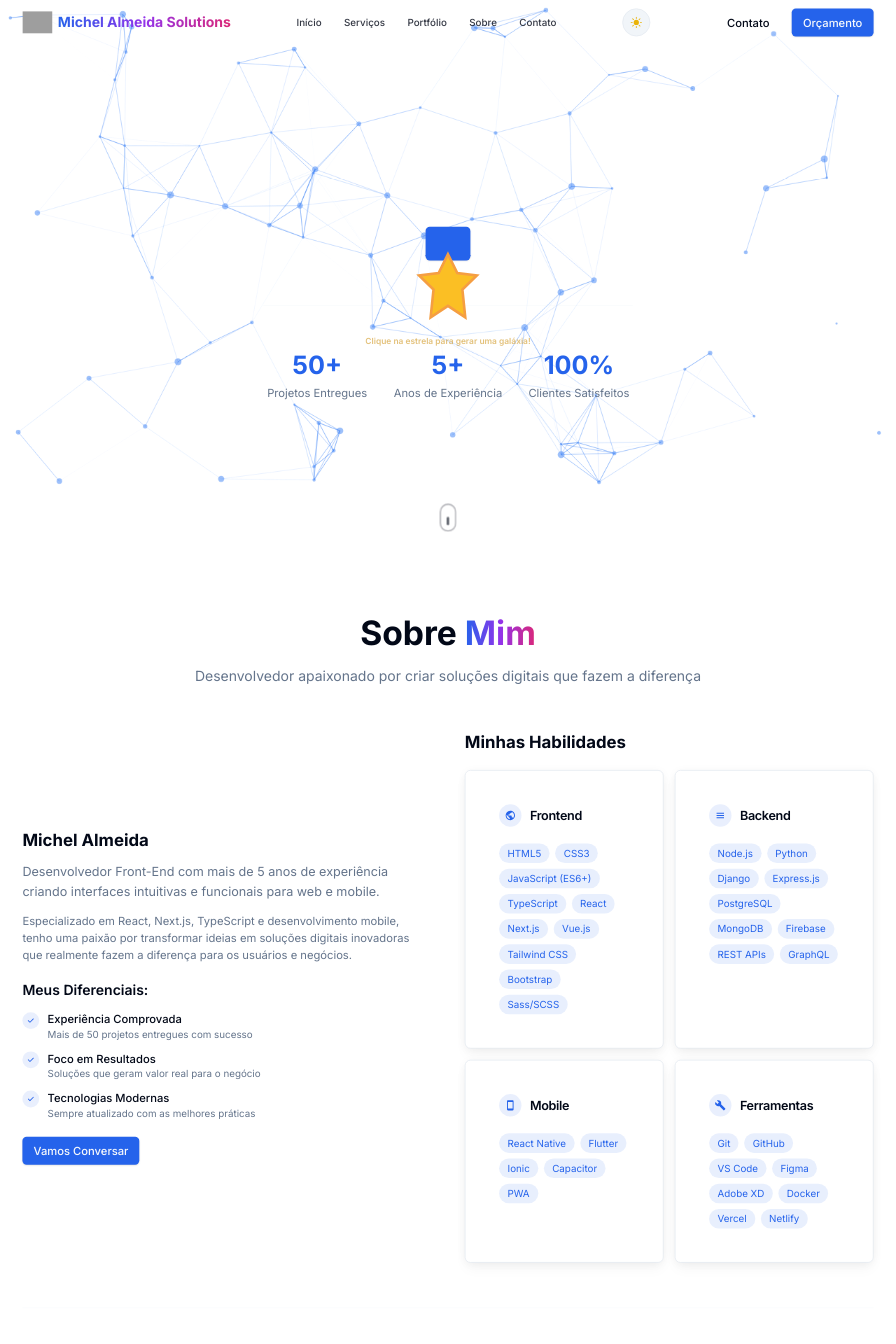
Repository: MichelAlmeida1990/Nexify-Solutions
Page: / (app in OneDrive/Área de Trabalho/Almeida - Solutions/)
The author's editor kept a copy of each file at every save. The page is drawn from the files as they stood at one save, then again after the next save.
The browser window is 1280 px wide. The pictures show the part of the page from y = 0 to 1920 px (the page is 7384 px tall), at 70% of full size.
Pictures or frames that could not be fetched are drawn as grey boxes. The project was rebuilt for these pictures with package versions that can differ from the ones it lists, and the page was loaded fresh each time. The framework's server and built-in components were replaced by stand-ins that run in the browser. Also part of the build but not shown: OneDrive/Área de Trabalho/Almeida - Solutions/next.config.js, OneDrive/Área de Trabalho/Almeida - Solutions/src/components/ui/loading-spinner.tsx.

Above is the page before, as saved 2025-06-30 14:27:44.

After the next save:
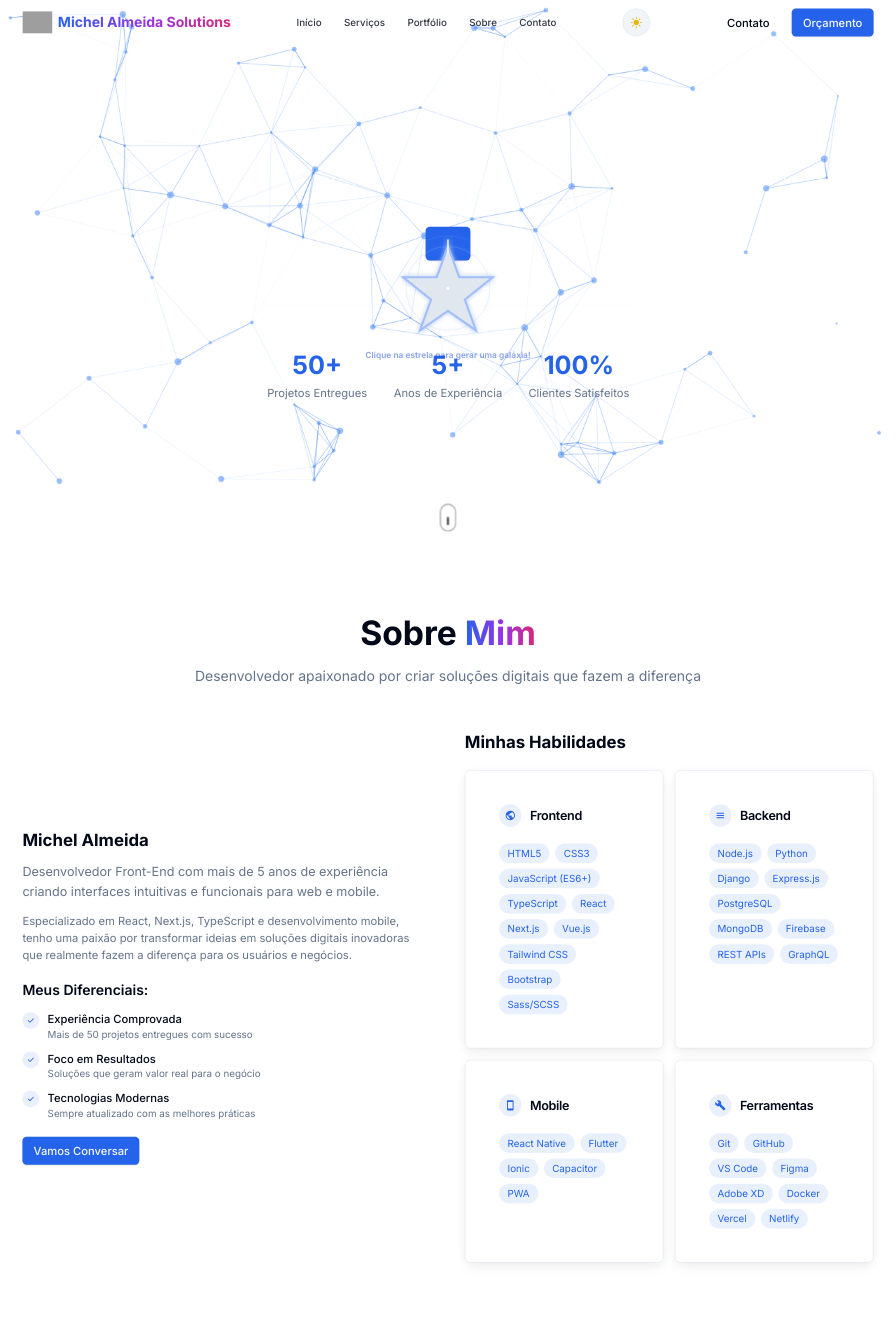
Saved 6 min 9 s later.
--- a/OneDrive/Área de Trabalho/Almeida - Solutions/src/components/sections/hero.tsx
+++ b/OneDrive/Área de Trabalho/Almeida - Solutions/src/components/sections/hero.tsx
@@ -132,12 +132,34 @@ const Hero: React.FC<HeroProps> = ({
       )}
 
       {/* Estrela central interativa */}
-      <div className="absolute left-1/2 top-1/2 z-20 -translate-x-1/2 -translate-y-1/2 flex flex-col items-center cursor-pointer" onClick={handleStarClick} aria-label="Gerar Galáxia">
-        {/* SVG de estrela */}
-        <svg width="120" height="120" viewBox="0 0 64 64" fill="none" xmlns="http://www.w3.org/2000/svg">
-          <path d="M32 6l7.09 14.36L54 22.18l-11 10.72L45.18 54 32 45.27 18.82 54 21 32.9 10 22.18l14.91-1.82L32 6z" fill="#fbbf24" stroke="#f59e42" strokeWidth="2"/>
+      <div className="absolute left-1/2 top-1/2 z-20 -translate-x-1/2 -translate-y-1/2 flex flex-col items-center cursor-pointer bg-transparent" onClick={handleStarClick} aria-label="Gerar Galáxia">
+        {/* SVG de estrela sofisticada */}
+        <svg width="160" height="160" viewBox="0 0 160 160" fill="none" xmlns="http://www.w3.org/2000/svg">
+          <g filter="url(#glow)">
+            <polygon points="80,20 96,64 144,64 104,96 120,140 80,112 40,140 56,96 16,64 64,64" fill="#e0e7ef" stroke="#a3bffa" strokeWidth="3"/>
+            <line x1="80" y1="10" x2="80" y2="30" stroke="#fff" strokeWidth="2"/>
+            <line x1="80" y1="150" x2="80" y2="130" stroke="#fff" strokeWidth="2"/>
+            <line x1="10" y1="80" x2="30" y2="80" stroke="#fff" strokeWidth="2"/>
+            <line x1="150" y1="80" x2="130" y2="80" stroke="#fff" strokeWidth="2"/>
+            <circle cx="80" cy="80" r="60" stroke="#a3bffa" strokeWidth="1" fill="none" opacity="0.3"/>
+            <circle cx="80" cy="80" r="75" stroke="#fff" strokeWidth="0.5" fill="none" opacity="0.15"/>
+            <circle cx="80" cy="80" r="2" fill="#fff"/>
+            <circle cx="120" cy="40" r="1.5" fill="#fff"/>
+            <circle cx="40" cy="120" r="1.5" fill="#fff"/>
+            <circle cx="120" cy="120" r="1" fill="#fff"/>
+            <circle cx="40" cy="40" r="1" fill="#fff"/>
+          </g>
+          <defs>
+            <filter id="glow" x="0" y="0" width="160" height="160" filterUnits="userSpaceOnUse">
+              <feGaussianBlur stdDeviation="4" result="coloredBlur"/>
+              <feMerge>
+                <feMergeNode in="coloredBlur"/>
+                <feMergeNode in="SourceGraphic"/>
+              </feMerge>
+            </filter>
+          </defs>
         </svg>
-        <span className="mt-2 text-xs text-yellow-600 font-semibold animate-pulse">Clique na estrela para gerar uma galáxia!</span>
+        <span className="mt-2 text-xs text-blue-700 font-semibold animate-pulse">Clique na estrela para gerar uma galáxia!</span>
       </div>
 
       {/* Content */}
